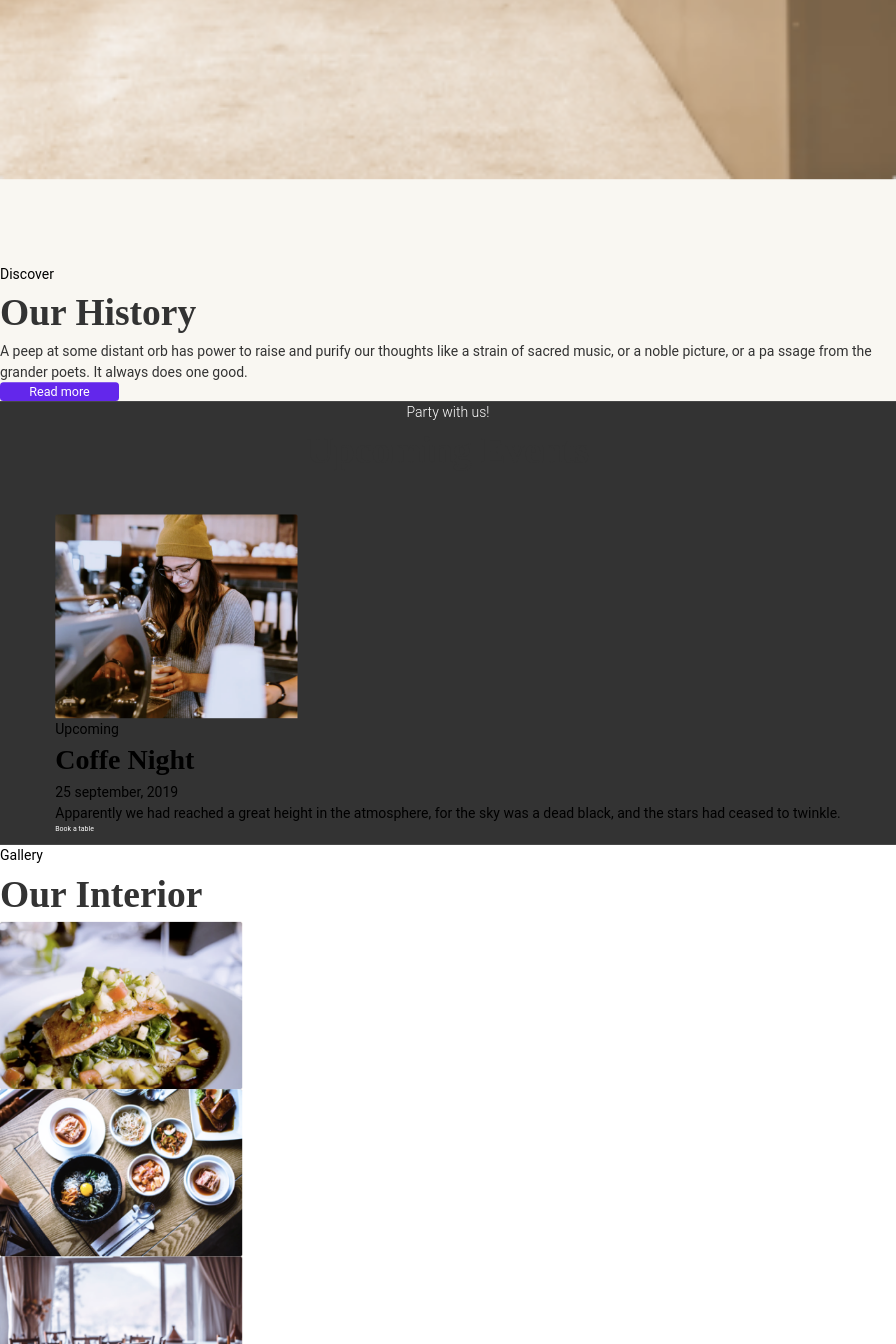
Repository: murilopellis-12/Tailwind-Prova
Page: index.html
These files come from the project's save history. The page is drawn as it stood at one moment and after a run of saves; the edit follows.
The browser window is 1280 px wide. The pictures show the part of the page from y = 2020 to 3940 px (the page is 6004 px tall), at 70% of full size.

Above is the page before, as saved 2026-10-26 21:31:35.
Not found: style.css

### index.html
<!doctype html>
<html lang="pt-BR">
  <head>
    <meta charset="UTF-8" />
    <meta name="viewport" content="width=device-width, initial-scale=1.0" />
    <title>PROVA FRONT-END</title>
    <script src="https://cdn.jsdelivr.net/npm/@tailwindcss/browser@4"></script>
    <style type="text/tailwindcss">
      @theme {
        --espaco-pequeno: clamp(
          1.5rem,
          calc(-2.725rem + 11.268vw),
          13.5rem
        ); /* min: 15px, max: 135px */
        --padding-topo: clamp(8rem, calc(5.183rem + 7.512vw), 16rem);

        /*Cores*/
        --cor-primaria: #333;
        --cor-secundaria: #f9f7f2;
        --cor-terciaria: #fff;
        --complementar-roxo: #6327eb;
        --borda-menu: rgba(255, 255, 255, 0.3);
        --paragrafos-claros: rgba(51, 51, 51, 0.5);
        --borda-formulario: #dadada;
      }

      html {
        font-size: 62.5%;
      }

      * {
        margin: 0;
        padding: 0;
        box-sizing: border-box;
      }

      h1 {
        font-size: clamp(
          5.6rem,
          calc(5.037rem + 1.502vw),
          7.2rem
        ); /* min: 56px, max: 72px */
        color: var(--cor-terciaria);
        font-weight: bold;
        font-family: "PT Serif";
      }

      h2 {
        font-size: clamp(
          4rem,
          calc(3.437rem + 1.502vw),
          5.6rem
        ); /* min: 40px, max: 56px */
        font-family: "PT Serif";
        font-weight: bold;
        color: var(--cor-primaria);
      }

      h3 {
        font-size: 4rem;
        font-family: "PT Serif";
        font-weight: bold;
      }

      p {
        font-family: "Roboto";
        font-size: 2rem;
      }

      button {
        font-family: "Roboto";
        color: var(--cor-terciaria);
        font-weight: normal;
        border-radius: 5px;
      }
    </style>
    <link rel="stylesheet" href="style.css" />
  </head>

  <body>
    <header
      class="header-principal bg-[linear-gradient(rgba(51,51,51,0.9),_rgba(51,51,51,0.9)),_url('img/imagem-fundo.png')] bg-cover bg-center w-[100%] h-auto p-[1.6rem_var(--espaco-pequeno)_clamp(5rem,calc(3.592rem+3.756vw),9rem)_var(--espaco-pequeno)] flex flex-col gap-[clamp(4.3rem,calc(2.645rem+4.413vw),9rem)]"
    >
      <div class="conteudo-header flex justify-between w-[100%] items-center">
        <div>
          <a
            aria-label="redireciona para o início"
            id="ancora-header"
            href="#"
            class="text-[4rem] no-underline text-[var(--cor-terciaria)] font-bold"
            >REST</a
          >
        </div>
        <div class="menu-hamburguer-div">
          <button
            id="botao-menu-hamburguer"
            class="w-[4.8rem] h-[4.8rem] rounded-[50%] border border-solid border-[var(--borda-menu)] bg-transparent"
          >
            <img
              src="img/menu-hamburguer.png"
              alt="menu hamburguer do header"
            />
          </button>
        </div>
        <nav class="navegacao-header-desktop hidden">
          <ul class="flex flex-row gap-[3.2rem] justify-evenly">
            <li
              class="list-none text-[2rem] font-light text-[var(--cor-terciaria)] no-underline"
            >
              <a
                class="list-none text-[2rem] font-light text-[var(--cor-terciaria)] no-underline"
                aria-label="abre Sobre"
                href=""
                >About Us</a
              >
            </li>
            <li
              class="list-none text-[2rem] font-light text-[var(--cor-terciaria)] no-underline"
            >
              <a
                class="list-none text-[2rem] font-light text-[var(--cor-terciaria)] no-underline"
                aria-label="abre Menu"
                href=""
                >Menu</a
              >
            </li>
            <li
              class="list-none text-[2rem] font-light text-[var(--cor-terciaria)] no-underline"
            >
              <a
                class="list-none text-[2rem] font-light text-[var(--cor-terciaria)] no-underline"
                aria-label="abre Eventos"
                href=""
                >Events</a
              >
            </li>
            <li
              class="list-none text-[2rem] font-light text-[var(--cor-terciaria)] no-underline"
            >
              <a
                class="list-none text-[2rem] font-light text-[var(--cor-terciaria)] no-underline"
                aria-label="abre Notícias"
                href=""
                >News</a
              >
            </li>
            <li
              class="list-none text-[2rem] font-light text-[var(--cor-terciaria)] no-underline"
            >
              <a
                class="list-none text-[2rem] font-light text-[var(--cor-terciaria)] no-underline"
                aria-label="abre contatos"
                href=""
                >Contact</a
              >
            </li>
          </ul>
        </nav>
        <div class="desktop-div-redes-sociais hidden">
          <nav class="navegacao-redes-sociais-header flex gap-[0.8rem]">
            <a
              aria-label="abre Facebook"
              class="circulos-navegacao w-[4.8rem] h-[4.8rem] rounded-[50%] border border-solid border-[var(--borda-menu)] flex justify-center items-center"
              href=""
              ><img src="img/facebook.png" alt="logo do Facebook"
            /></a>
            <a aria-label="abre Twitter" class="circulos-navegacao" href=""
              ><img
                class="logo-twitter-ancora"
                src="img/twitter.png"
                alt="logo do Twitter"
            /></a>
            <a aria-label="abre Instagram" class="circulos-navegacao" href=""
              ><img src="img/instagram.png" alt="logo do Instagram"
            /></a>
          </nav>
        </div>
      </div>
      <div
        class="div-agrupar-conteudo-hero flex flex-col gap-[clamp(3.6rem,calc(1.982rem+4.314vw),6.4rem)]"
      >
        <div
          class="conteudo-hero h-auto flex flex-col justify-center gap-[4rem]"
        >
          <h1 id="h1-pagina-principal">Welcome to our restaurant</h1>
          <p
            id="horario-funcionamento-hero"
            class="text-[2.4rem] font-light text-[var(--cor-terciaria)]"
          >
            Everyday 8:00 am - 23:00 pm
          </p>
          <div
            class="botoes-hero grid grid-cols-[1fr_1fr] gap-[clamp(0.6rem,calc(-0.245rem+2.254vw),3rem)] h-auto w-[100%] max-w-[345px]"
          >
            <button
              aria-label="abre a reserva de mesa"
              class="botoes-hero-class p-[1.2rem_0] text-[var(--cor-terciaria)] text-[1.8rem] max-w-[170px] border-0 bg-[var(--complementar-roxo)]"
              id="botao-livro-mesa"
            >
              Book a table
            </button>
            <button
              aria-label="abre o menu"
              class="botoes-hero-class p-[1.2rem_0] text-[var(--cor-terciaria)] text-[1.8rem] max-w-[170px] border-0 bg-[var(--complementar-roxo)] border border-solid border-[var(--borda-menu)]"
              id="botao-ver-menu"
            >
              See menu
            </button>
          </div>
        </div>
        <div class="div-imagem-hero w-auto h-auto flex justify-center">
          <img
            class="w-[100%] max-w-[570px] h-auto"
            id="imagem-sopa-hero"
            src="img/sopa.png"
            alt="imagem de uma sopa"
          />
        </div>
      </div>
    </header>
    <main>
      <section
        class="secao-nossa-historia p-[clamp(8rem,calc(5.183rem+7.512vw),16rem)_var(--espaco-pequeno)] bg-[var(--cor-secundaria)]"
      >
        <div
          class="conteudo-nossa-historia flex flex-col gap-[clamp(6.3rem,calc(3.941rem+6.291vw),13rem)]"
        >
          <div class="div-imagem-nossa-historia">
            <img
              src="img/nossa-historia-imagem.png"
              alt="imagem de uma cozinha"
              class="w-[100%] h-auto p-[0_3rem] object-cover"
            />
          </div>
          <div class="nossa-historia-texto flex flex-col justify-center">
            <p
              class="categorias-site text-[2.4rem] text-light"
              id="categoria-descobrir"
            >
              Discover
            </p>
            <h2 id="nossa-historia-h2" class="m-[0_0_1.2rem_0]">Our History</h2>
            <p class="paragrafos-site text-[var(--cor-primaria)] text-light">
              A peep at some distant orb has power to raise and purify our
              thoughts like a strain of sacred music, or a noble picture, or a
              pa ssage from the grander poets. It always does one good.
            </p>
            <div class="div-botao-ler-mais w-[50%]">
              <button
                aria-label="abre o Ler Mais"
                id="botao-ler-mais-historia"
                class="w-[100%] max-w-[170px] p-[1.2rem_0] border-0 bg-[var(--complementar-roxo)] text-[1.8rem] mt-[clamp(2.3rem,calc(2.159rem+0.376vw),2.7rem)]"
              >
                Read more
              </button>
            </div>
          </div>
        </div>
      </section>
      <section
        class="secao-eventos-futuros bg-[var(--cor-primaria)] p-[var(--padding-topo)_var(--espaco-pequeno)] flex flex-col gap-[clamp(3.9rem,calc(3.407rem+1.315vw),5.3rem)] items-center"
      >
        <div class="titulos-secao-eventos-futuros">
          <p id="paragrafo-titulo-eventos-futuros" class="text-[var(--cor-terciaria)] text-[2.4rem] font-light text-center">Party with us!</p>
          <h2 id="h2-titulo-eventos-futuros">Upcoming Events</h2>
        </div>
        <div class="forma-eventos-futuros ">
          <div class="imagem-evento-futuro">
            <img
              id="imagem-mulher-fazendo-cafe"
              src="img/mulher-fazendo-cafe.png"
              alt="mulher fazendo café em uma máquina"
            />
          </div>
          <div class="conteudo-escrito-eventos">
            <p class="categorias-site" id="categoria-futuro">Upcoming</p>
            <h3>Coffe Night</h3>
            <p id="data-eventos-futuros">25 september, 2019</p>
            <p class="paragrafos-site">
              Apparently we had reached a great height in the atmosphere, for
              the sky was a dead black, and the stars had ceased to twinkle.
            </p>
            <div class="div-botao-ler-mais">
              <button
                aria-label="redireciona a reserva de mesa"
                id="botao-reservar-mesa"
              >
                Book a table
              </button>
            </div>
          </div>
          <div class="proxima-pagina">
            <button id="seta-proxima-pagina">
              <img
                src="img/flecha-proxima.png"
                alt="ícone de flecha que guia para outra página"
              />
            </button>
          </div>
        </div>
      </section>
      <section class="secao-galeria-fotos">
        <div class="titulos-secao-galeria-fotos">
          <p id="paragrafo-titulo-galeria">Gallery</p>
          <h2 id="h2-titulo-galeria">Our Interior</h2>
        </div>
        <div class="imagens-galeria">
          <img
            class="imagens-da-galeria"
            src="img/galeria/salmao.png"
            alt="prato com temperos e salmão"
          />
          <img
            class="imagens-da-galeria"
            src="img/galeria/pratos.png"
            alt="pratos preparados com diversos alimentos"
          />
          <img
            class="imagens-da-galeria"
            src="img/galeria/mesas-cadeiras.png"
            alt="mesas preparadas com diversas cadeiras"
          />
          <img
            class="imagens-da-galeria"
            src="img/galeria/mesa-individual.png"
            alt="uma unidade de mesa com lugar para 4 pessoas"
          />
          <img
            class="imagens-da-galeria"
            src="img/galeria/mesa-com-garcom.png"
            alt="mesas e cadeiras sendo organizados por uma garçom"
          />
          <img
            class="imagens-da-galeria"
            src="img/galeria/mesa-preparada.png"
            alt="mesa com talheres e guardanapos postos e preparados"
          />
        </div>
      </section>
      <section class="secao-sobre-nos">
        <div class="titulos-secao-sobre-nos">
          <p class="categorias-site" id="paragrafo-titulo-sobre-nos">Press</p>
          <h2 id="h2-titulo-sobre-nos">About Us</h2>
        </div>
        <div class="cartoes-conjunto">
          <div class="cartoes-autoras" id="autora-york-times">
            <img
              class="logo-titulo"
              src="img/the-new-york-logo.png"
              alt="logo do The New York Times"
            />
            <p class="citacao-autora">
              "Apparently we had reached a great height in the atmosphere, for
              the sky was a dead black, and the stars had ceased to twinkle. By
              the same illusion which lifts the horizon of the sea to the
              level."
            </p>
            <p class="nome-autora-rodape">The New York Times</p>
          </div>
          <div class="cartoes-autoras" id="autora-the-guardian">
            <img
              class="logo-titulo"
              src="img/the-guardian-logo.png"
              alt="logo do The Guardian"
            />
            <p class="citacao-autora">
              "Apparently we had reached a great height in the atmosphere, for
              the sky was a dead black, and the stars had ceased to twinkle. By
              the same illusion which lifts the horizon of the sea to the
              level."
            </p>
            <p class="nome-autora-rodape">The Guardian</p>
          </div>
          <div class="cartoes-autoras" id="autora-wall-street">
            <img
              class="logo-titulo"
              src="img/wall-street-jornal-logo.png"
              alt="logo do Wall Street Jornal"
            />
            <p class="citacao-autora">
              "Apparently we had reached a great height in the atmosphere, for
              the sky was a dead black, and the stars had ceased to twinkle. By
              the same illusion which lifts the horizon of the sea to the
              level."
            </p>
            <p class="nome-autora-rodape">The Wall Street Jornal</p>
          </div>
        </div>
      </section>
      <section class="secao-reservar-mesa">
        <div class="area-reserva-mesa">
          <div>
            <p class="categorias-site" id="paragrafo-titulo-reserva">Reserve</p>
            <h2 id="h2-titulo-reserva-mesa">A Table</h2>
          </div>
          <form action="#" class="formulario-reserva-mesa">
            <div
              class="campos-preencher-formulario-reserva"
              id="formulario-campo-data"
            >
              <label for="data">DATE</label>
              <input
                type="text"
                id="data"
                name="data"
                placeholder="9/26/2019"
              />
            </div>
            <div
              class="campos-preencher-formulario-reserva"
              id="formulario-campo-tempo"
            >
              <label for="hora">TIME</label>
              <input type="text" name="hora" id="hora" placeholder="7:00 pm" />
            </div>
            <div
              class="campos-preencher-formulario-reserva"
              id="formulario-campo-visitantes"
            >
              <label for="numero-pessoas">GUESTS</label>
              <input
                type="number"
                name="numero-pessoas"
                id="numero-pessoas"
                placeholder="2 people"
              />
            </div>
            <div id="formulario-campo-envio">
              <button
                aria-label="redireciona para reserva de mesa"
                id="botao-envio-reserva"
                type="submit"
              >
                Find a table
              </button>
            </div>
          </form>
        </div>
        <div class="div-imagem-secao-reserva">
          <img src="img/mesa-organizada.png" alt="mesa organizada" />
        </div>
      </section>
    </main>
    <footer class="footer-principal">
      <div>
        <h3 id="h3-rodape-pagina">REST</h3>
      </div>
      <nav class="navegacao-rodape">
        <ul>
          <li>About Us</li>
          <li>Menu</li>
          <li>Events</li>
          <li>News</li>
          <li>Contact</li>
        </ul>
      </nav>
      <nav class="redes-sociais-rodape-botoes">
        <a aria-label="abre Facebook" class="circulos-navegacao" href=""
          ><img src="img/facebook.png" alt="logo do Facebook"
        /></a>
        <a aria-label="abre Twitter" class="circulos-navegacao" href=""
          ><img
            class="logo-twitter-ancora"
            src="img/twitter.png"
            alt="logo do Twitter"
        /></a>
        <a aria-label="abre Instagram" class="circulos-navegacao" href=""
          ><img src="img/instagram.png" alt="logo do Instagram"
        /></a>
      </nav>
      <div class="direitos-reservados-rodape">
        <p id="paragrafo-direitos-reservados">
          2019 Restaurant. All Rights Reserved.
        </p>
      </div>
    </footer>
  </body>
</html>

After the next 3 saves:
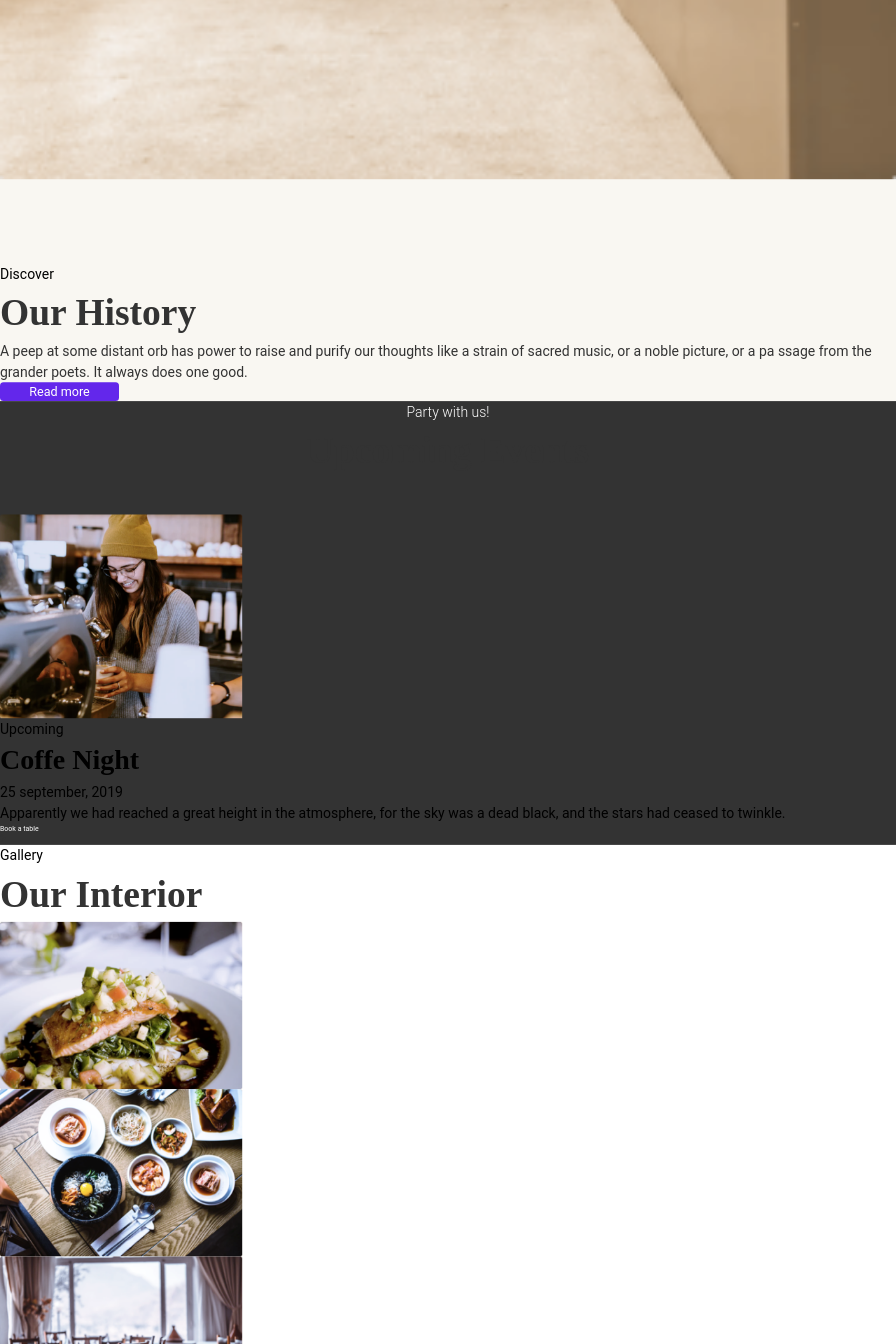
The 3 saves are shown as one change because they came seconds apart.
The last was saved 8 s later.
--- a/index.html
+++ b/index.html
@@ -264,7 +264,7 @@
           <p id="paragrafo-titulo-eventos-futuros" class="text-[var(--cor-terciaria)] text-[2.4rem] font-light text-center">Party with us!</p>
           <h2 id="h2-titulo-eventos-futuros">Upcoming Events</h2>
         </div>
-        <div class="forma-eventos-futuros ">
+        <div class="forma-eventos-futuros w-[100%] h-auto ">
           <div class="imagem-evento-futuro">
             <img
               id="imagem-mulher-fazendo-cafe"
